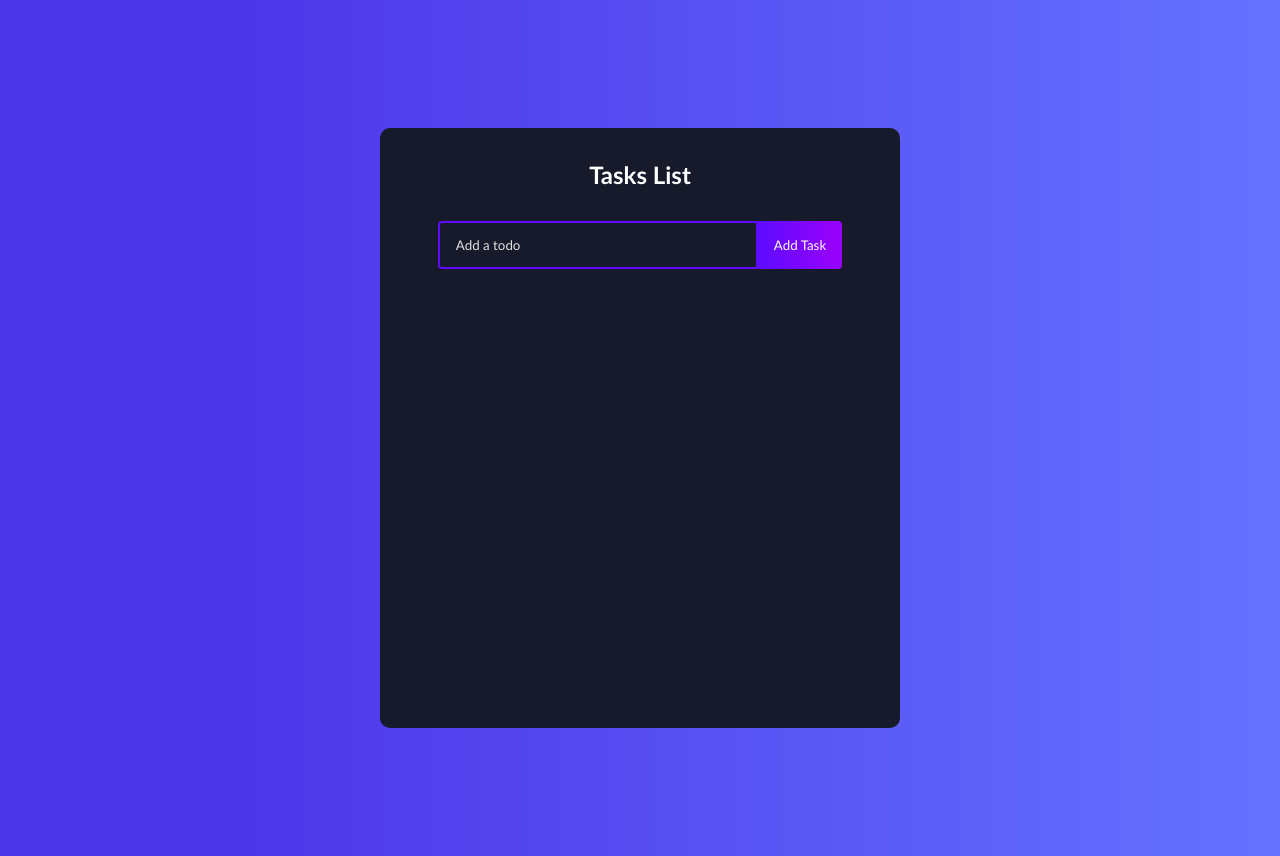
Repository: pratham0305/LGMVIP-Task-01
Page: /
An editor plug-in stored every save of this project. The page is shown before and after the next save, followed by the edit.
The browser window is 1280 px wide. The pictures show the whole page.
The project was rebuilt for these pictures with package versions that can differ from the ones it lists, and the page was loaded fresh each time. Also part of the build but not shown: src/components/Todo.js.

Above is the page before, as saved 2022-03-21 17:04:41.

### public/index.html
<!DOCTYPE html>
<html lang="en">
  <head>
    <meta charset="utf-8" />
    <link rel="icon" href="%PUBLIC_URL%/favicon.ico" />
    <meta name="viewport" content="width=device-width, initial-scale=1" />
    <meta name="theme-color" content="#000000" />
    <meta
      name="description"
      content="Web site created using create-react-app"
    />
    <link rel="apple-touch-icon" href="%PUBLIC_URL%/logo192.png" />
    <!--
      manifest.json provides metadata used when your web app is installed on a
      user's mobile device or desktop. See https://developers.google.com/web/fundamentals/web-app-manifest/
    -->
    <link rel="manifest" href="%PUBLIC_URL%/manifest.json" />
    <!--
      Notice the use of %PUBLIC_URL% in the tags above.
      It will be replaced with the URL of the `public` folder during the build.
      Only files inside the `public` folder can be referenced from the HTML.

      Unlike "/favicon.ico" or "favicon.ico", "%PUBLIC_URL%/favicon.ico" will
      work correctly both with client-side routing and a non-root public URL.
      Learn how to configure a non-root public URL by running `npm run build`.
    -->
    <title>Task-2</title>
  </head>
  <body>
    <noscript>You need to enable JavaScript to run this app.</noscript>
    <div id="root"></div>
    <!--
      This HTML file is a template.
      If you open it directly in the browser, you will see an empty page.

      You can add webfonts, meta tags, or analytics to this file.
      The build step will place the bundled scripts into the <body> tag.

      To begin the development, run `npm start` or `yarn start`.
      To create a production bundle, use `npm run build` or `yarn build`.
    -->
  </body>
</html>

### src/App.css
* {
  box-sizing: border-box;
  margin: 0;
  padding: 0;
  font-family: 'Trebuchet MS', 'Lucida Sans Unicode', 'Lucida Grande',
    'Lucida Sans', Arial, sans-serif;
}

body {
  background: linear-gradient(
    90deg,
    rgb(78, 54, 233) 20%,
    rgba(100, 115, 255, 1) 100%
  );
}
.todo-app {
  display: flex;
  flex-direction: column;
  justify-content: start;
  width: 520px;
  min-height: 600px;
  background: #161a2b;
  text-align: center;
  margin: 128px auto;
  border-radius: 10px;
  padding-bottom: 32px;
}

h1 {
  margin: 32px 0;
  color: #fff;
  font-size: 24px;
}

.complete {
  text-decoration: line-through;
  opacity: 0.4;
}

.todo-form {
  margin-bottom: 32px;
}

.todo-input {
  padding: 14px 32px 14px 16px;
  border-radius: 4px 0 0 4px;
  border: 2px solid #5d0cff;
  outline: none;
  width: 320px;
  background: transparent;
  color: #fff;
}

.todo-input::placeholder {
  color: #e2e2e2;
}

.todo-button {
  padding: 16px;
  border: none;
  border-radius: 0 4px 4px 0;
  cursor: pointer;
  outline: none;
  background: linear-gradient(
    90deg,
    rgba(93, 12, 255, 1) 0%,
    rgba(155, 0, 250, 1) 100%
  );
  color: #fff;
  text-transform: capitalize;
}

.todo-input.edit {
  border: 2px solid #149fff;
}

.todo-button.edit {
  background: linear-gradient(
    90deg,
    rgba(20, 159, 255, 1) 0%,
    rgba(17, 122, 255, 1) 100%
  );
  padding: 16px 22px;
}

.todo-container {
  display: flex;
  flex-direction: row;
  position: relative;
}

.todo-row {
  display: flex;
  justify-content: space-between;
  align-items: center;
  margin: 4px auto;
  color: #fff;
  background: linear-gradient(
    90deg,
    rgba(255, 118, 20, 1) 0%,
    rgba(255, 84, 17, 1) 100%
  );

  padding: 16px;
  border-radius: 5px;
  width: 90%;
}

.todo-row:nth-child(4n + 1) {
  background: linear-gradient(
    90deg,
    rgba(93, 12, 255, 1) 0%,
    rgba(155, 0, 250, 1) 100%
  );
}

.todo-row:nth-child(4n + 2) {
  background: linear-gradient(
    90deg,
    rgba(255, 12, 241, 1) 0%,
    rgba(250, 0, 135, 1) 100%
  );
}

.todo-row:nth-child(4n + 3) {
  background: linear-gradient(
    90deg,
    rgba(20, 159, 255, 1) 0%,
    rgba(17, 122, 255, 1) 100%
  );
}

.icons {
  display: flex;
  align-items: center;
  font-size: 24px;
  cursor: pointer;
}

.delete-icon {
  margin-right: 5px;
  color: #fff;
}

.edit-icon {
  color: #fff;
}

### src/components/TodoList.js
import React, { useState } from 'react';
import TodoForm from './TodoForm';
import Todo from './Todo';

function TodoList() {
  const [todos, setTodos] = useState([]);

  const addTodo = todo => {
    if (!todo.text || /^\s*$/.test(todo.text)) {
      return;
    }

    const newTodos = [todo, ...todos];

    setTodos(newTodos);
    console.log(...todos);
  };

  const updateTodo = (todoId, newValue) => {
    if (!newValue.text || /^\s*$/.test(newValue.text)) {
      return;
    }

    setTodos(prev => prev.map(item => (item.id === todoId ? newValue : item)));
  };

  const removeTodo = id => {
    const removedArr = [...todos].filter(todo => todo.id !== id);

    setTodos(removedArr);
  };

  const completeTodo = id => {
    let updatedTodos = todos.map(todo => {
      if (todo.id === id) {
        todo.isComplete = !todo.isComplete;
      }
      return todo;
    });
    setTodos(updatedTodos);
  };

  return (
    <>
      <h1> Tasks List</h1>
      <TodoForm onSubmit={addTodo} />
      <Todo
        todos={todos}
        completeTodo={completeTodo}
        removeTodo={removeTodo}
        updateTodo={updateTodo}
      />
    </>
  );
}

export default TodoList;

### src/components/TodoForm.js
import React, { useState, useEffect, useRef } from 'react';

function TodoForm(props) {
  const [input, setInput] = useState(props.edit ? props.edit.value : '');

  const inputRef = useRef(null);

  useEffect(() => {
    inputRef.current.focus();
  });

  const handleChange = e => {
    setInput(e.target.value);
  };

  const handleSubmit = e => {
    e.preventDefault();

    props.onSubmit({
      id: Math.floor(Math.random() * 10000),
      text: input
    });
    setInput('');
  };

  return (
    <form onSubmit={handleSubmit} className='todo-form'>
      {props.edit ? (
        <>
          <input
            placeholder='Update your item'
            value={input}
            onChange={handleChange}
            name='text'
            ref={inputRef}
            className='todo-input edit'
          />
          <button onClick={handleSubmit} className='todo-button edit'>
            Update
          </button>
        </>
      ) : (
        <>
          <input
            placeholder='Add a todo'
            value={input}
            onChange={handleChange}
            name='text'
            className='todo-input'
            ref={inputRef}
          />
          <button onClick={handleSubmit} className='todo-button'>
            Add task
          </button>
        </>
      )}
    </form>
  );
}

export default TodoForm;

Loaded but not shown: src/index.js (common file); src/index.css (common file); src/App.js (common file); src/reportWebVitals.js (common file)

After the next save:
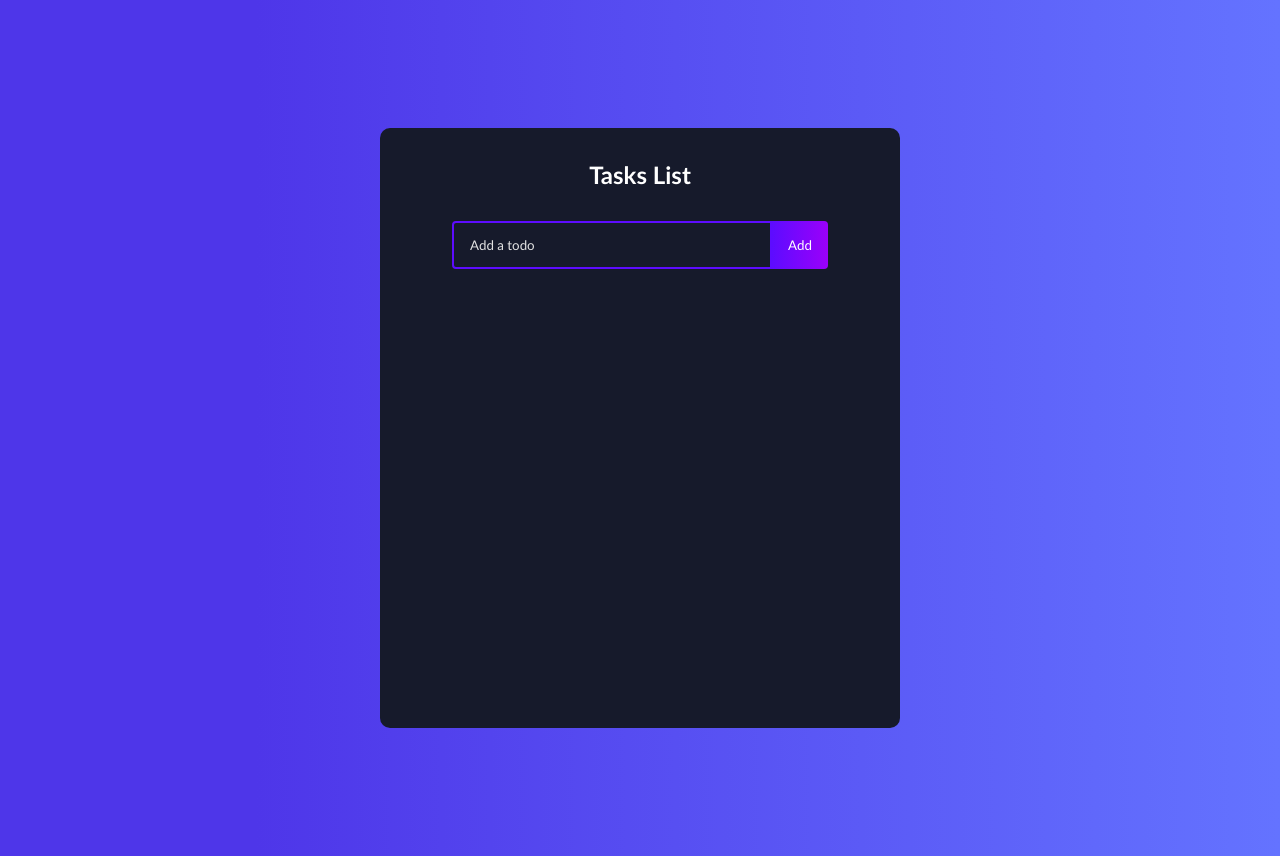
Saved 53 s later.
--- a/src/components/TodoForm.js
+++ b/src/components/TodoForm.js
@@ -50,7 +50,7 @@ function TodoForm(props) {
             ref={inputRef}
           />
           <button onClick={handleSubmit} className='todo-button'>
-            Add task
+            Add
           </button>
         </>
       )}
